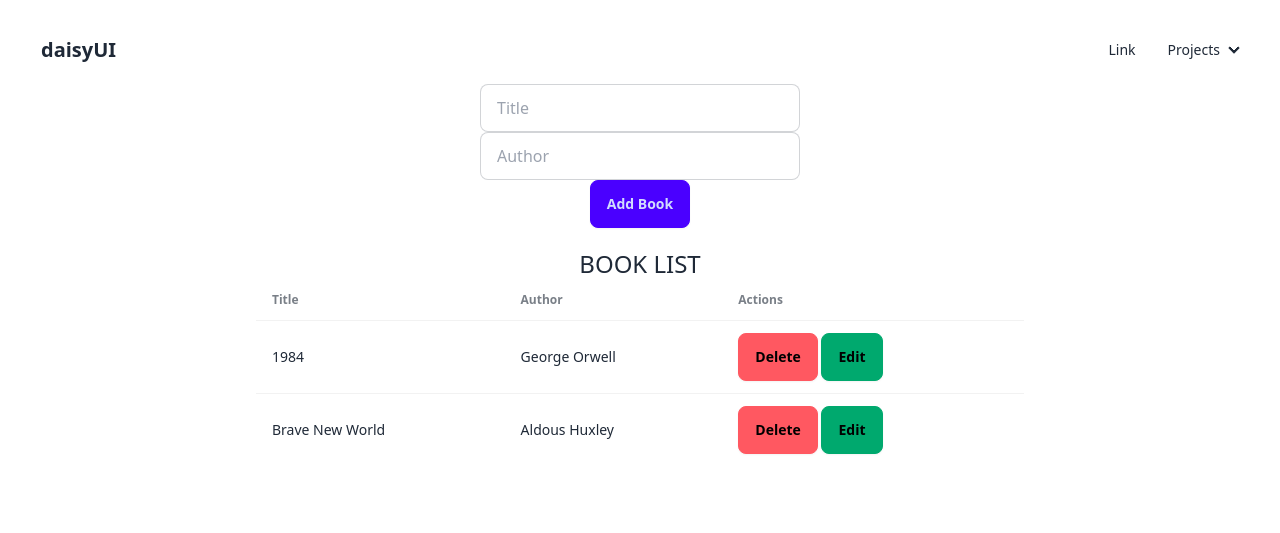
Repository: sibi24sibi/Crud-app-svelte
Page: /
An editor plug-in stored every save of this project. The page is shown before and after the next save, followed by the edit.
The browser window is 1280 px wide. The pictures show the whole page.
The project was rebuilt for these pictures with package versions that can differ from the ones it lists, and the page was loaded fresh each time. Also part of the build but not shown: svelte.config.js, vite.config.js.

Above is the page before, as saved 2024-06-30 19:07:21.

### index.html
<!doctype html>
<html lang="en" data-theme="light">
  <head>
    <meta charset="UTF-8" />
    <link rel="icon" type="image/svg+xml" href="/vite.svg" />
    <meta name="viewport" content="width=device-width, initial-scale=1.0" />
    <title>Vite + Svelte</title>
  </head>
  <body>
    <div id="app"></div>
    <script type="module" src="/src/main.js"></script>
  </body>
</html>

### src/App.svelte
<script>
  import Navbar from "./Components/Navbar.svelte";

  import AddBook from "./Components/AddBook.svelte";
  import BookList from "./Components/BookList.svelte";
</script>

<main>
  <Navbar />

  <AddBook />
  <BookList />
</main>

<style>
  main {
    text-align: center;
    padding: 1em;
    margin: 0 auto;
  }
</style>

### src/Components/Navbar.svelte
<script></script>

<body>
  <div class="navbar bg-base-100">
    <div class="flex-1">
      <a class="btn btn-ghost text-xl">daisyUI</a>
    </div>
    <div class="flex-none">
      <ul class="menu menu-horizontal px-1">
        <li><a>Link</a></li>
        <li>
          <details>
            <summary>Projects</summary>
            <ul class="bg-base-100 rounded-t-none p-2">
              <li><a>Video player</a></li>
              <li><a>data entry</a></li>
            </ul>
          </details>
        </li>
      </ul>
    </div>
  </div>
</body>

<style>
</style>

### src/Components/AddBook.svelte
<script>
  import { books } from "./BookStore.js";
  let title = "";
  let author = "";

  function addBook() {
    books.update((items) => [
      ...items,
      { id: items.length ? items[items.length - 1].id + 1 : 1, title, author },
    ]);
    title = "";
    author = "";
  }
</script>

<div class="flex flex-col justify-center items-center">
  <input
    placeholder="Title"
    class="input input-bordered w-full max-w-xs"
    bind:value={title}
  />
  <input
    placeholder="Author"
    class="input input-bordered w-full max-w-xs"
    bind:value={author}
  />
  <button class="btn btn-primary max-w-xs" {addBook}>Add Book</button>
</div>

### src/Components/BookList.svelte
<script>
  import { books } from "./BookStore.js";
  let editableBook = null;

  function deleteBook(id) {
    books.update((items) => items.filter((item) => item.id !== id));
  }

  function editBook(book) {
    editableBook = { ...book };
  }

  function saveEdit() {
    books.update((items) =>
      items.map((item) => (item.id === editableBook.id ? editableBook : item))
    );
    editableBook = null;
  }
</script>

<div class="overflow-x-auto max-w-3xl mx-auto my-5">
  <h1 class="text-2xl uppercase">Book List</h1>
  <table class="table">
    <thead>
      <tr>
        <th>Title</th>
        <th>Author</th>
        <th>Actions</th>
      </tr>
    </thead>
    <tbody>
      {#each $books as book}
        <tr>
          {#if editableBook && editableBook.id === book.id}
            <td
              ><input
                class="input input-bordered"
                bind:value={editableBook.title}
              /></td
            >

            <td>
              <input
                class="input input-bordered"
                bind:value={editableBook.author}
              /></td
            >
            <td>
              <button class="btn btn-primary" on:click={saveEdit}>Save</button
              ></td
            >
          {:else}
            <td>{book.title} </td> <td> {book.author} </td>
            <td
              ><button
                class="btn btn-error"
                on:click={() => deleteBook(book.id)}>Delete</button
              >
              <button class="btn btn-success" on:click={() => editBook(book)}
                >Edit</button
              ></td
            >
          {/if}
        </tr>
      {/each}
    </tbody>
  </table>
</div>

### src/Components/BookStore.js
import { writable } from "svelte/store";

export const books = writable([
  { id: 1, title: "1984", author: "George Orwell" },
  { id: 2, title: "Brave New World", author: "Aldous Huxley" },
]);

### tailwind.config.js
/** @type {import('tailwindcss').Config} */
export default {
  content: ["./index.html", "./src/**/*.{svelte,js,ts,jsx,tsx}"],
  theme: {
    extend: {},
  },
  plugins: [require("daisyui")],
};

Loaded but not shown: src/main.js (common file); src/app.css (common file)

After the next save:
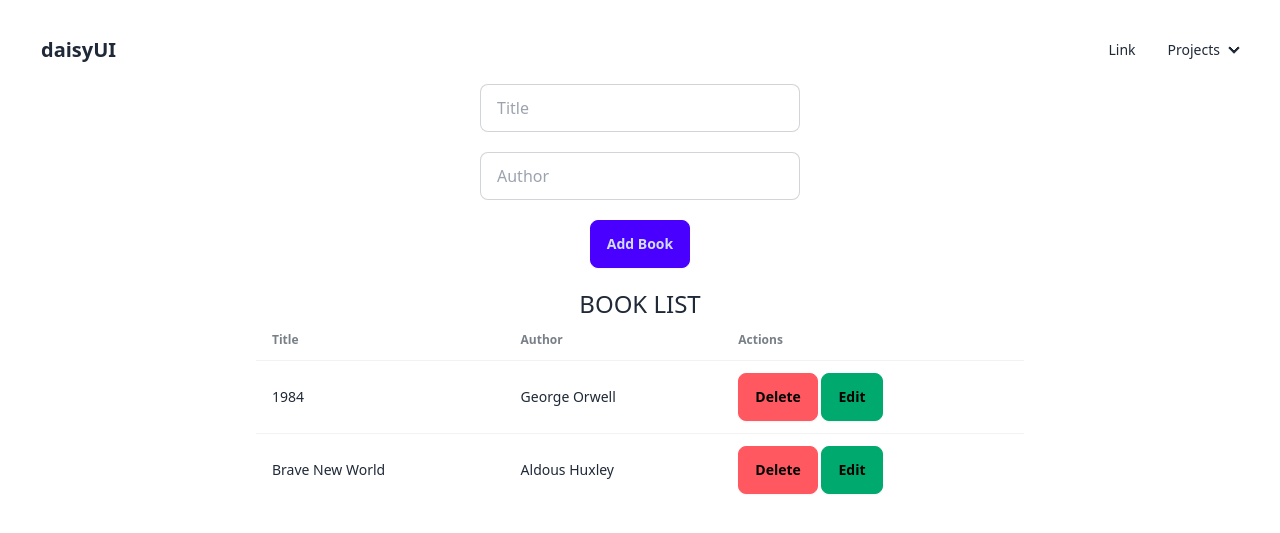
Saved 8 s later.
--- a/src/Components/AddBook.svelte
+++ b/src/Components/AddBook.svelte
@@ -13,7 +13,7 @@
   }
 </script>
 
-<div class="flex flex-col justify-center items-center">
+<div class="flex flex-col justify-center items-center gap-5">
   <input
     placeholder="Title"
     class="input input-bordered w-full max-w-xs"
